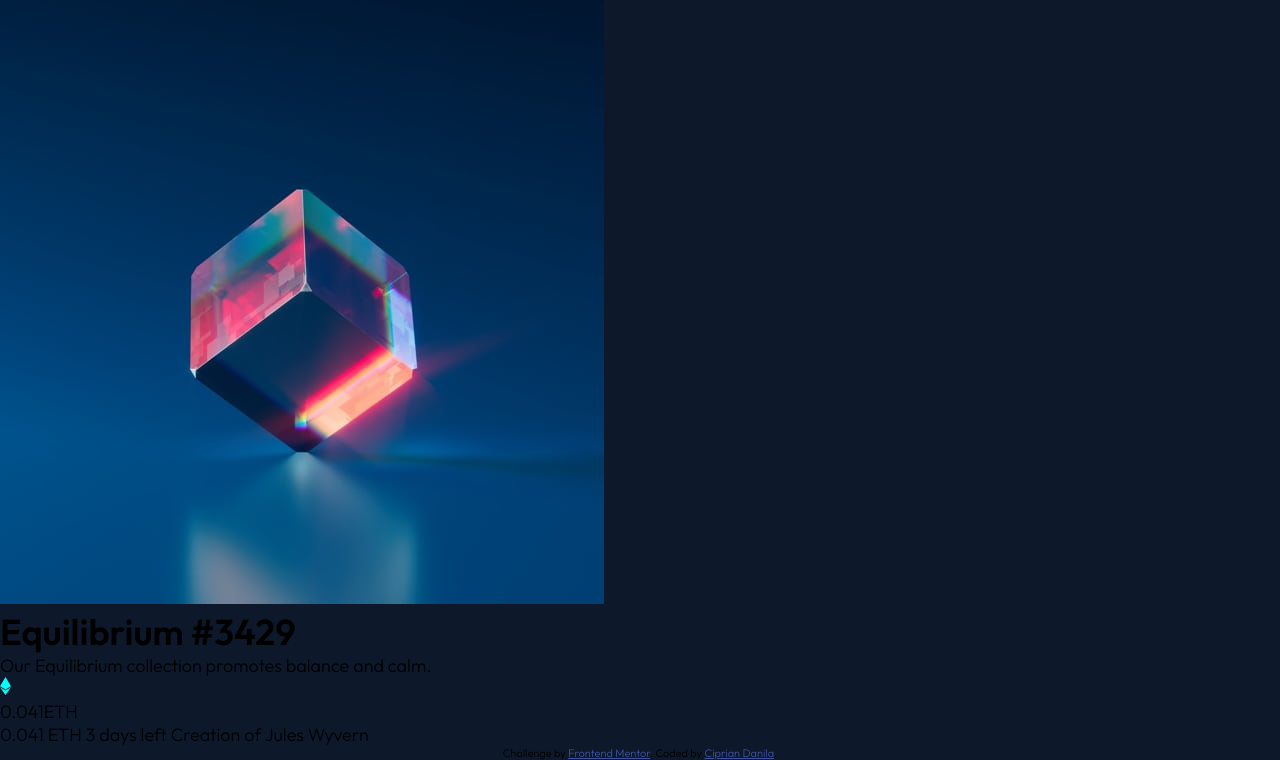
Repository: cipdanila/NFT-preview-card-component
Page: index.html
The author's editor kept a copy of each file at every save. The page is drawn from the files as they stood at one save, then again after the next save.
The browser window is 1280 px wide. The pictures show the whole page.

Above is the page before, as saved 2024-01-26 20:32:57.

### index.html
<!DOCTYPE html>
<html lang="en">
<head>
  <meta charset="UTF-8">
  <meta name="viewport" content="width=device-width, initial-scale=1.0"> <!-- displays site properly based on user's device -->

  <link rel="icon" type="image/png" sizes="32x32" href="./images/favicon-32x32.png">
  <link rel="stylesheet" href="style.css">
  <title>Frontend Mentor | NFT preview card component</title>

</head>
<body>
  <main>
    <div class="container">
      <div class="image">
        <img src="/images/image-equilibrium.jpg" alt="cube-equilibrium">
      </div>
      <div class="details">
        <h1>Equilibrium #3429</h1>
        <p>Our Equilibrium collection promotes balance and calm.</p>
      </div>
      <div class="time">
        <img src="/images/icon-ethereum.svg" alt="ethereum">
        <p class="ethereum">0.041ETH</p>

      </div>
    </div>
  </main>



  0.041 ETH
  3 days left

  Creation of Jules Wyvern

  <footer>
    <div class="attribution">
        Challenge by
        <a
            href="https://www.frontendmentor.io/challenges/nft-preview-card-component-SbdUL_w0U"
            target="_blank"
            rel="noopener noreferer"
            >Frontend Mentor</a
        >. Coded by <a href="https://github.com/cipdanila" target="_blank" rel="noopener noreferer">Ciprian Danila</a>.
    </div>
</footer>
  </div>
</body>
</html>

### style.css
@import url("https://fonts.googleapis.com/css2?family=Outfit:wght@300;400;600&display=swap");

:root {
    /* Colors */
    /* Primary */
    --soft-blue: hsl(215, 51%, 70%);
    --cyan: hsl(178, 100%, 50%);                 /* active states */
    /* Neutrals */
    --very-dark-blue-main: hsl(217, 54%, 11%);   /* main background */
    --very-dark-blue-card: hsl(216, 50%, 16%);   /* card background */
    --very-dark-blue-line: hsl(215, 32%, 27%);   /* paragraph */
    --white: hsl(0, 0%, 100%);                   /* title */
}

* {
    margin: 0;
    padding: 0;
    box-sizing: border-box;
}

body {
    display: flex;
    flex-direction: column;
    font-family: 'Outfit', sans-serif;
    font-size: 18px;
    font-weight: 300;
    background-color: var(--very-dark-blue-main);
}



.attribution {
    font-size: 11px;
    text-align: center;
}
.attribution a {
    color: hsl(228, 45%, 44%);
}

After the next save:
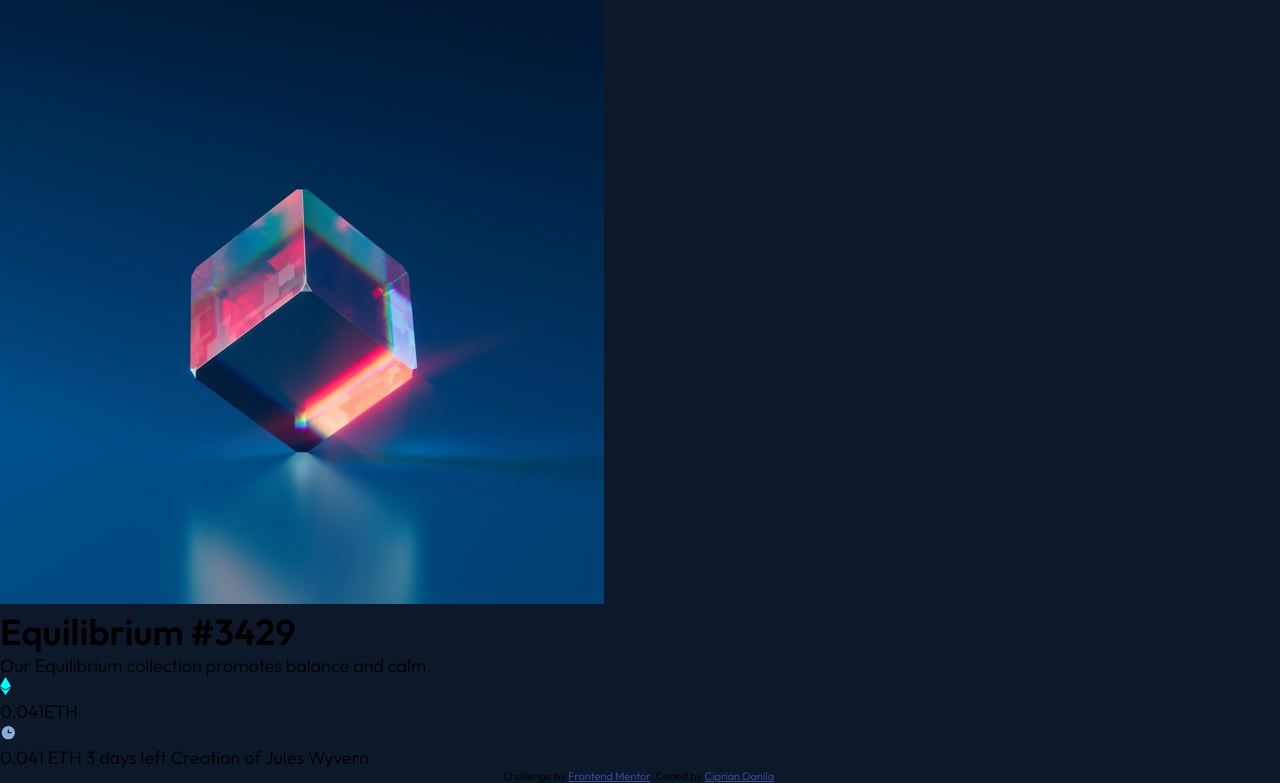
Saved 31 s later.
--- a/index.html
+++ b/index.html
@@ -22,7 +22,8 @@
       <div class="time">
         <img src="/images/icon-ethereum.svg" alt="ethereum">
         <p class="ethereum">0.041ETH</p>
-
+        <img src="/images/icon-clock.svg" alt="clock">
+        <p class="clock"></p>
       </div>
     </div>
   </main>
